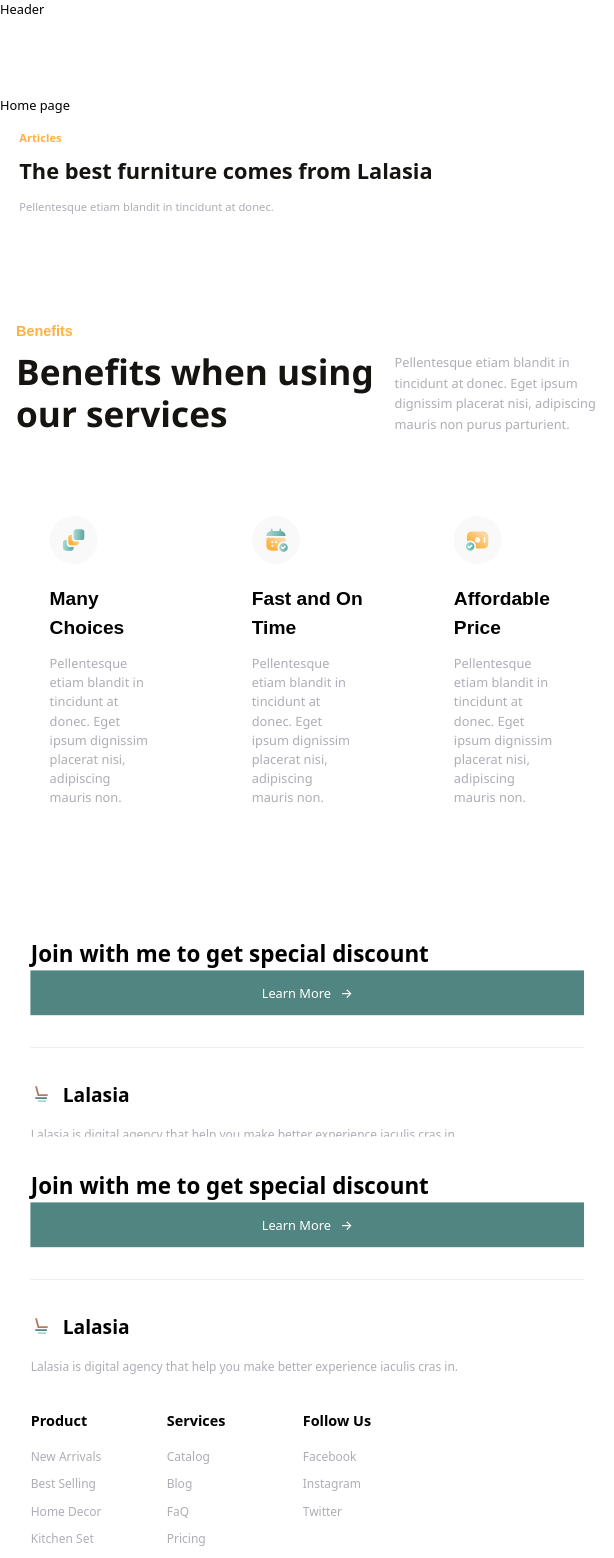
Repository: archis-academy/december-frontend-lalasia-2025
Page: /
These files come from the project's save history. The page is drawn as it stood at one moment and after the next save; the edit follows.
The browser window is 768 px wide. The pictures show the whole page, at 80% of full size.
The page's requests for data from a server got no answer. Some web fonts or font styles are not loaded; a fallback is used. The project was rebuilt for these pictures with package versions that can differ from the ones it lists, and the page was loaded fresh each time. No one was signed in, and anything a server would have sent is missing. Also part of the build but not shown: vite.config.ts, src/components/Article/ArticleCard.module.scss, src/components/CustomButton/CustomButton.tsx, src/components/Arrow/Arrow.tsx, src/components/Article/ArticleCard.tsx, src/components/TeamSection/TeamSection.module.scss, src/components/TeamSection/TeamSection.tsx, src/pages/AboutUs/AboutUs.tsx and 15 more.

Above is the page before, as saved 2026-01-27 00:54:17.

After the next save:
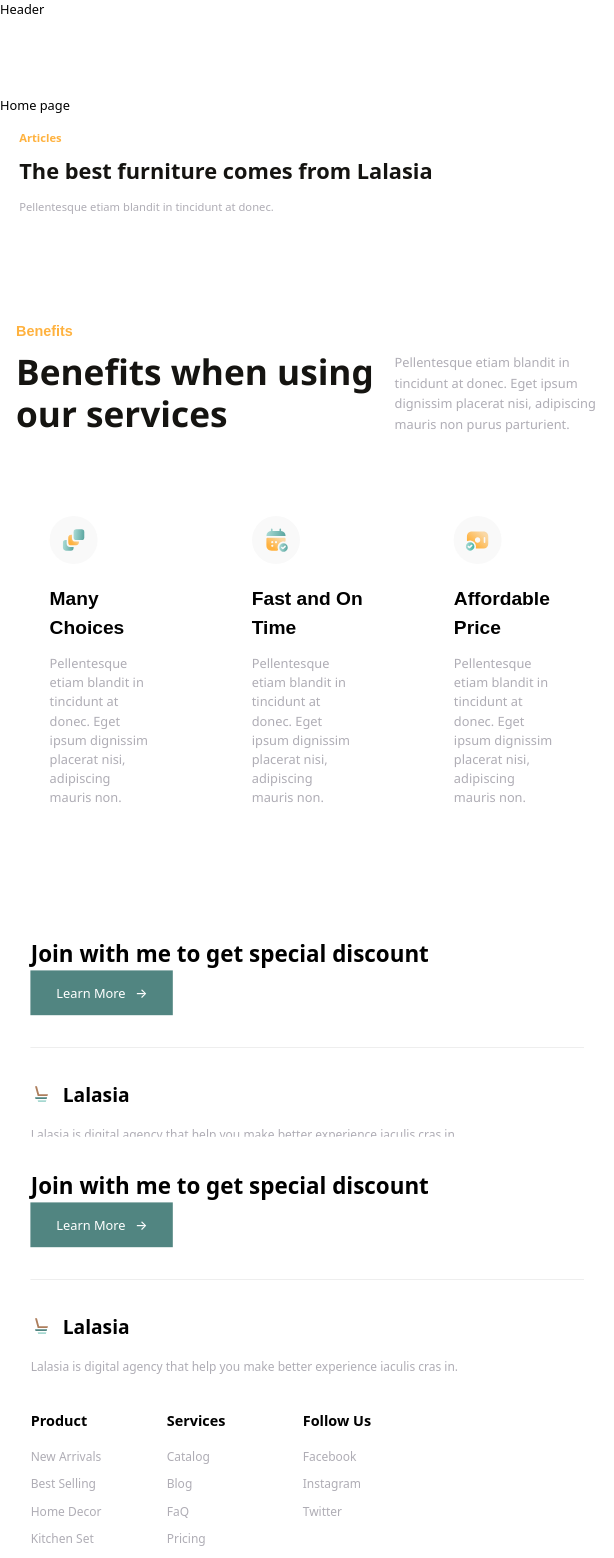
Saved 3 min 6 s later.
--- a/src/components/Footer/Footer.scss
+++ b/src/components/Footer/Footer.scss
@@ -116,25 +116,25 @@
   .footer-wrapper .footer-container {
     .footer-main {
       .footer-links-group {
-        gap: 40px; // Linkler arası boşluğu daralt
+        gap: 40px;
       }
     }
   }
 }
 
-// Mobil Ekranlar (768px altı)
+
 @media (max-width: 768px) {
   .footer-wrapper {
     padding: 40px 0;
 
     .footer-container {
       .footer-cta {
-        flex-direction: column; // Başlık ve butonu alt alta getir
+        flex-direction: column;
         align-items: flex-start;
         text-align: left;
 
         .cta-text { font-size: 28px; }
-        .cta-btn { width: 100%; justify-content: center; } // Butonu tam genişlik yap
+        // .cta-btn { width: 100%; justify-content: center; } // Butonu tam genişlik yap
       }
 
       .footer-line { margin-bottom: 40px; }
